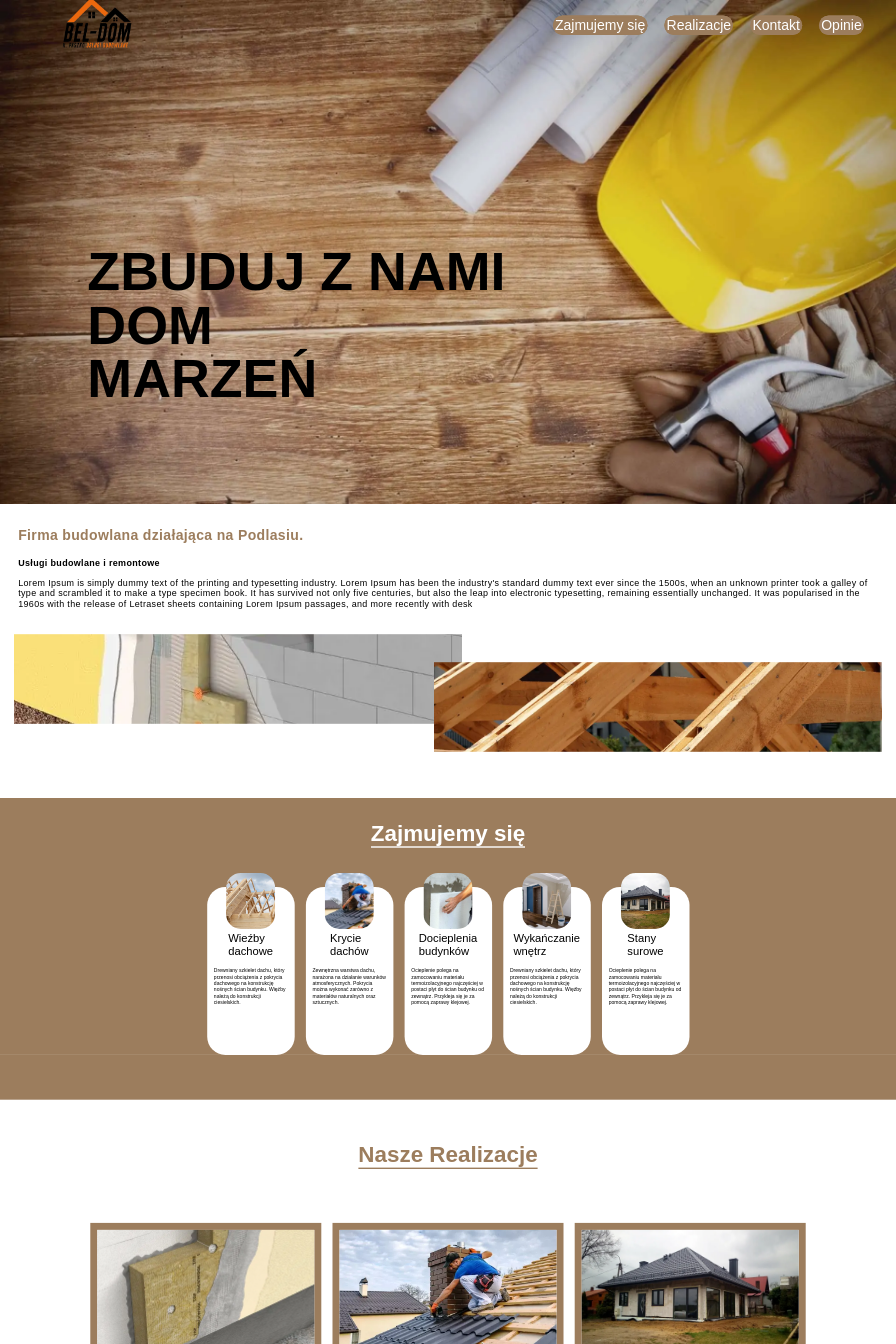
Repository: JakubPaszko2001/bel
Page: http://localhost/
An editor plug-in stored every save of this project. The page is shown before and after the next save, followed by the edit.
The browser window is 1280 px wide. The pictures show the part of the page from y = 0 to 1920 px (the page is 3055 px tall), at 70% of full size.
Some web fonts or font styles are not loaded; a fallback is used. The page is run by PHP 8.4 with error messages shown; the project is at /var/www/html/. Queries for data that is not in the repository find no rows.

Above is the page before, as saved 2022-03-22 14:39:51.

After the next save:
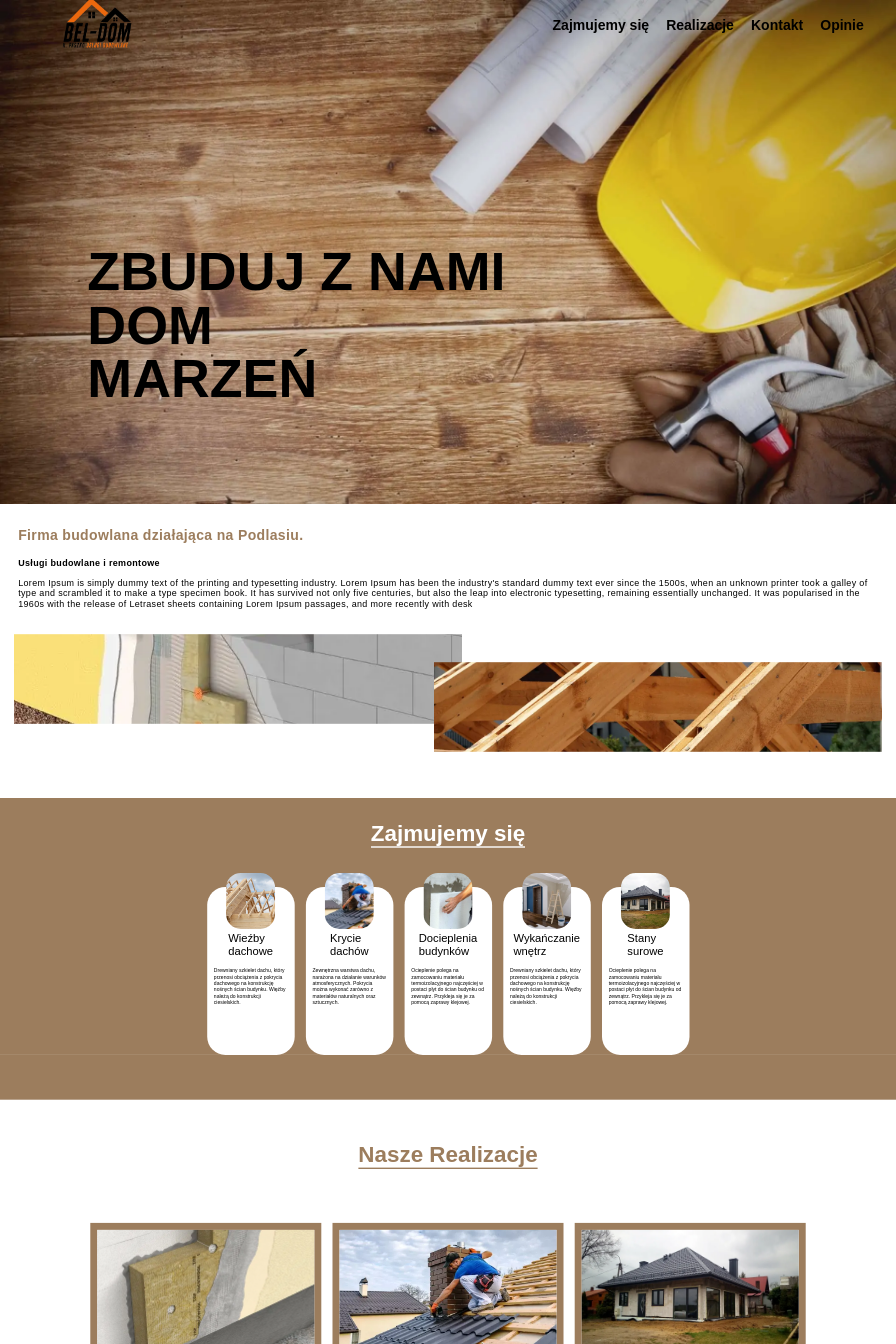
Saved 18 s later.
--- a/style.css
+++ b/style.css
@@ -479,10 +479,7 @@ button{
         padding-right: 20px;
     }
     .black {
-        color: white;
-        font-weight: var(--ww-normal);
-        background: var(--color-brown);
-        border: var(--color-brown) solid;
-        border-radius: 34px;
-    }
-}
+        color: black;
+        font-weight: var(--ww-bold);
+    }
+}
